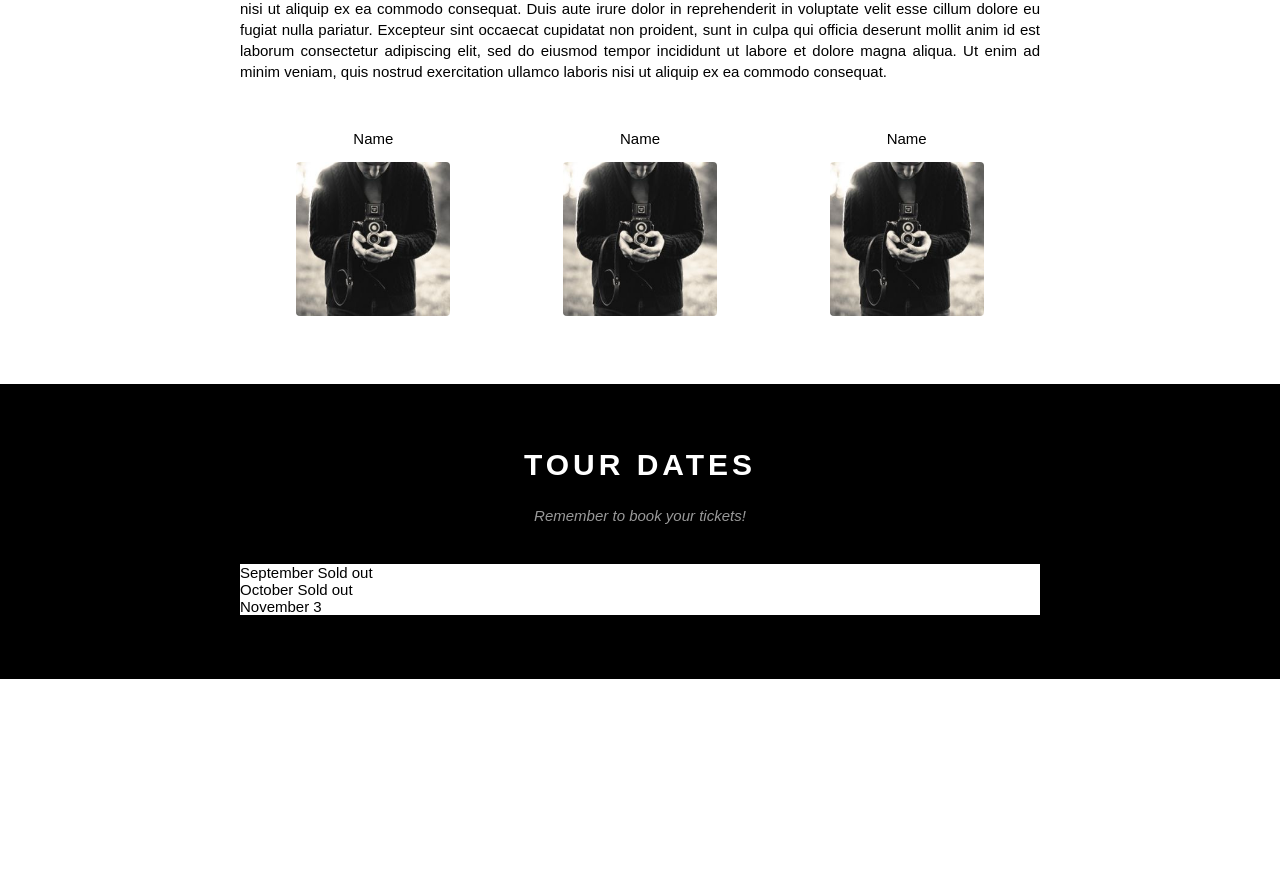
Repository: Phunobita/The-band-w3school
Page: index.html
These files come from the project's save history. The page is drawn as it stood at one moment and after the next save; the edit follows.
The browser window is 1280 px wide. The pictures show the part of the page from y = 559 to 1511 px (the page is 1442 px tall before and 1511 px after).
A picture or video elsewhere on the page could not be fetched, so the positions and the page height are approximate.

Above is the page before, as saved 2021-12-02 22:08:16.

After the next save:
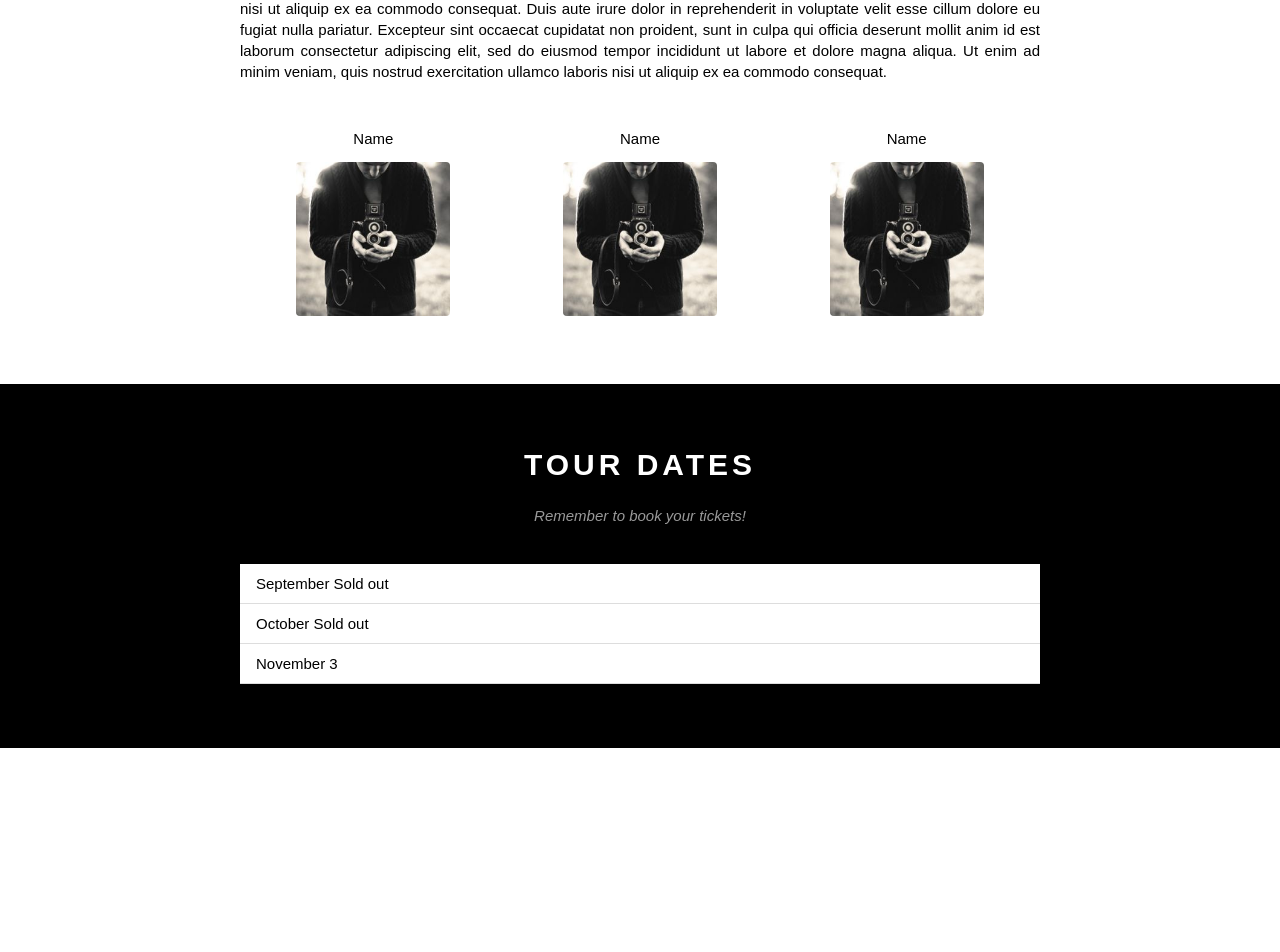
Saved 66 s later.
--- a/assets/css/style.css
+++ b/assets/css/style.css
@@ -162,6 +162,8 @@
 }
 .ticket__list-item {
   font-size: 15px;
+  padding: 11px 16px;
+  border-bottom: 1px solid #ddd;
 }
 .ticket__list .sold-out {
 }
